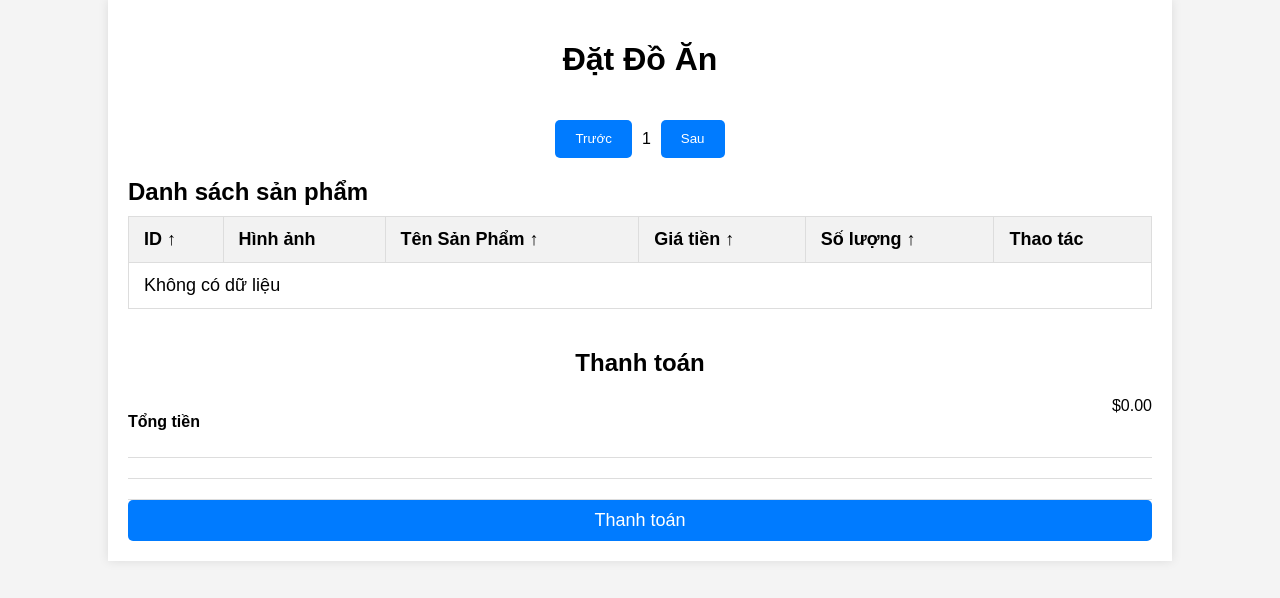
Repository: Tuananhdeptrai723/dientoandammay
Page: http://localhost/main/main.php
The author's editor kept a copy of each file at every save. The page is drawn from the files as they stood at one save, then again after the next save.
The browser window is 1280 px wide. The pictures show the whole page.
The page is run by PHP 8.4 with error messages shown; the project is at /var/www/html/. Queries for data that is not in the repository find no rows.

Above is the page before, as saved 2024-06-04 20:58:59.

### main/main.php
<?php
include './ConnectDb.php';
?>

<!DOCTYPE html>
<html lang="en">
<head>
  <meta charset="UTF-8">
  <meta name="viewport" content="width=device-width, initial-scale=1.0">
  <title>Đặt Đồ Ăn</title>
  <link rel="stylesheet" href="./main.css">
  <link rel="stylesheet" href="https://cdnjs.cloudflare.com/ajax/libs/font-awesome/6.4.2/css/all.min.css" />
  <script src="https://code.jquery.com/jquery-3.6.0.min.js"></script>
</head>
<body>
  <div class="container">
    <h1>Đặt Đồ Ăn</h1>
    <div class="menu">
      <div class="product-container">
        <?php foreach ($products as $product): ?>
          <div class="menu-item">
            <img src="../asset/image/food<?php echo $product['ID']; ?>.jpg">
            <h3><?php echo $product['nameProducts']; ?></h3>
            <p>Số lượng: <?php echo $product['Quantity']; ?></p>
            <span class="price">$<?php echo $product['Price']; ?></span>
            <button <?php echo "onclick='addToCartClicked(" . $product["ID"] . ")'" ?> class="add-to-cart">Thêm vào giỏ hàng</button>
          </div>
        <?php endforeach; ?>
      </div>
    </div>
    <div class="pagination">
      <button class="prev-page">Trước</button>
      <span style="margin: 10px" class="current-page">1</span>
      <button class="next-page">Sau</button>
    </div>
    <main class="main-dashboard">
      <main class="page">
        <div class="box-dashboard">
          <table class="table caption-top">
            <caption>Danh sách sản phẩm</caption>
            <thead>
              <tr>
                <th scope="col" onclick="sortTable(0, true, true)">ID &#x2191;</th>
                <th scope="col">Hình ảnh</th>
                <th scope="col" onclick="sortTable(2, false, true)">Tên Sản Phẩm &#x2191;</th>
                <th scope="col" onclick="sortTable(3, true, true)">Giá tiền &#x2191;</th>
                <th scope="col" onclick="sortTable(4, true, true)">Số lượng &#x2191;</th>
                <th scope="col">Thao tác</th>
              </tr>
            </thead>
            <tbody>
              <?php
              if ($result2->num_rows > 0) {
                  while ($row = $result2->fetch_assoc()) {
                      $imagePath = "../asset/image/Food" . $row["ID"] . ".jpg";
                      echo "<tr class='tr-hover'>";
                      echo "<th scope='row'>" . $row["ID"] . "</th>";
                      echo "<td><img style='object-fit: cover;' src='" . $imagePath . "' alt='product image' width='70' height='70'></td>";
                      echo "<td>" . $row["nameProducts"] . "</td>";
                      echo "<td>" . $row["Price"] . "$</td>";
                      echo "<td>" . $row["Quantity"] ."</td>";
                      echo "<td>
                              <button class='btnDelete' onclick='deleteProduct(" . $row["ID"] . ")'>Xóa</button>
                            </td>";
                      echo "</tr>";
                  }
              } else {
                  echo "<tr><td colspan='6'>Không có dữ liệu</td></tr>";
              }
              ?>
            </tbody>
          </table>
          <div class="pagination">
            <?php
            for ($i = 1; $i <= $total_pages; $i++) {
                echo "<a href='?page=$i' class='" . ($i == $page ? "active" : "") . "'>$i</a>";
            }
            ?>
          </div>
        </div>

        <div class="box-dashboard">
          <h1 class="caption-pay">Thanh toán</h1>
          <div class="box-dashboard-row">
            <p class="title-row">Tổng tiền</p>
            <?php echo "$" . number_format($totalPrice, 2); ?>
          </div>
          <div class="box-dashboard-row"></div>
          <div class="box-dashboard-row"></div>
          <button onclick='confirmPayment()' id="openModalBtn" class="payBtn">Thanh toán</button>
        </div>
      </main>
    </main>

        <!-- modal xóa 1 sản phẩm -->
        <div id="confirmModal" class="modal">
      <div class="modal-content">
        <p>Bạn có chắc chắn muốn xóa sản phẩm này không?</p>
        <div class="modal-buttons">
          <button id="confirmYes">Có</button>
          <button id="confirmNo">Không</button>
        </div>
      </div>
    </div>

  </div>
  <script src="./main.js"></script>
  <script>
  function addToCartClicked(productId) {
    $.ajax({
      url: "./ConnectDb.php",
      type: "POST",
      data: { productId: productId },
      success: function () {
        console.log("success");
        alert('Thêm vào giỏ hàng thành công');
      },
      error: function (xhr, status, error) {
        console.log("error");
        console.log("Product ID:", productId);
      },
    });
  }

  // xóa 1 sản phẩm
    function deleteProduct(productId) {
      var modal = document.getElementById("confirmModal");
      var btnYes = document.getElementById("confirmYes");
      var btnNo = document.getElementById("confirmNo");

      // Mở modal
      modal.style.display = "block";

      // Xử lý khi nhấn Có
      btnYes.onclick = function () {
        // Gửi yêu cầu xóa bằng AJAX
        var xhr = new XMLHttpRequest();
        xhr.open("POST", "./ConnectDb.php", true);
        xhr.setRequestHeader("Content-type", "application/x-www-form-urlencoded");
        xhr.onload = function () {
          if (xhr.status === 200) {
            // Tải lại trang
            window.location.reload();
          } else {
            alert("Có lỗi xảy ra khi xóa sản phẩm.");
          }
        };
        xhr.send("deleteProduct=true&productId=" + productId);

        // Đóng modal
        modal.style.display = "none";
      };

      // Xử lý khi nhấn Không
      btnNo.onclick = function () {
        // Đóng modal

        modal.style.display = "none";
      };
    }

    function confirmPayment() {
    if (confirm('Bạn có chắc chắn muốn thanh toán không?')) {
        // Gửi yêu cầu xóa tất cả dữ liệu bằng AJAX
        var xhr = new XMLHttpRequest();
        xhr.open('POST', '<?php echo $_SERVER["PHP_SELF"]; ?>', true);
        xhr.setRequestHeader('Content-type', 'application/x-www-form-urlencoded');
        xhr.onload = function() {
            if (xhr.status === 200) {
                // Hiển thị thông báo thanh toán thành công
                alert('Thanh toán thành công!');
                // Tải lại trang để cập nhật giao diện
                window.location.reload();
            } else {
                // Hiển thị thông báo lỗi
                alert('Có lỗi xảy ra khi thanh toán.');
            }
        };
        xhr.send('deleteAll=true');
    }
}
  </script>
</body>
</html>

### main/ConnectDb.php
<?php
session_start();
ob_start();

// Kết nối đến CSDL
include '../config.php';

// Kiểm tra kết nối
if ($conn->connect_error) {
    die("Connection failed: " . $conn->connect_error);
}

// Truy vấn dữ liệu từ cơ sở dữ liệu
$sql = "SELECT * FROM cart LIMIT 15";
$result = $conn->query($sql);

// Tạo mảng chứa dữ liệu sản phẩm
$products = array();

if ($result->num_rows > 0) {
    while($row = $result->fetch_assoc()) {
        $products[] = $row;
    }
}

// Thêm vào giỏ hàng
if ($_SERVER['REQUEST_METHOD'] == 'POST' && isset($_POST['productId'])) {
    $productId = $_POST['productId'];

    $sql = "SELECT nameProducts, Price FROM cart WHERE ID = '$productId'";
    $result = $conn->query($sql);

    if ($result->num_rows > 0) {
        $row = $result->fetch_assoc();
        $productName = $row['nameProducts'];
        $productPrice = $row['Price'];
        $quantity = 1; // Số lượng mặc định khi thêm vào giỏ hàng

        // Kiểm tra sản phẩm đã có trong giỏ hàng hay chưa
        $sql = "SELECT * FROM ordercart WHERE ID = '$productId'";
        $result = $conn->query($sql);

        if ($result->num_rows > 0) {
            // Nếu sản phẩm đã có trong giỏ hàng, cập nhật số lượng
            $sql = "UPDATE ordercart SET Quantity = Quantity + 1 WHERE ID = '$productId'";
        } else {
            // Nếu sản phẩm chưa có trong giỏ hàng, thêm mới
            $sql = "INSERT INTO ordercart (nameProducts, ID, Price, Quantity) VALUES ('$productName', '$productId', '$productPrice', '$quantity')";
        }

        if ($conn->query($sql) === TRUE) {

            echo "<script>window.location.reload();</script> Add to cart success!";
        } else {
            echo "Error: " . $sql . "<br>" . $conn->error;
        }
    } else {
        echo "Product not found!";
    }
}

// Xóa sản phẩm
if ($_SERVER['REQUEST_METHOD'] == 'POST' && isset($_POST['deleteProduct']) && $_POST['deleteProduct'] == true) {
    $id = $_POST['productId'];
    $sql3 = "DELETE FROM ordercart WHERE ID = '$id'";
    if ($conn->query($sql3) === TRUE) {
        http_response_code(200);
        echo "Delete success!";
    } else {
        http_response_code(500);
        echo "Error deleting record: " . $conn->error;
    }
}

// thanh toán
// Xử lý yêu cầu POST để xóa toàn bộ dữ liệu
if ($_SERVER['REQUEST_METHOD'] == 'POST' && isset($_POST['deleteAll']) && $_POST['deleteAll'] == true) {
    $sql = "DELETE FROM ordercart";
    if ($conn->query($sql) === TRUE) {
        // Nếu xóa thành công, trả về mã 200 (OK)
        http_response_code(200);
    } else {
        // Nếu có lỗi, trả về mã lỗi 500 (Internal Server Error)
        http_response_code(500);
    }
  }

// Truy vấn dữ liệu từ bảng ordercart cho phần quản lý sản phẩm
$items_per_page = 3;
$page = isset($_GET['page']) ? (int)$_GET['page'] : 1;
$offset = ($page - 1) * $items_per_page;

// Truy vấn tổng số sản phẩm
$total_sql = "SELECT COUNT(*) as total FROM ordercart";
$total_result = $conn->query($total_sql);
$total_row = $total_result->fetch_assoc();
$total_items = $total_row['total'];
$total_pages = ceil($total_items / $items_per_page);

// Truy vấn tổng tiền
$totalPriceQuery = "SELECT SUM(Price * Quantity) AS total FROM ordercart";
$totalPriceResult = $conn->query($totalPriceQuery);
$totalPriceRow = $totalPriceResult->fetch_assoc();
$totalPrice = $totalPriceRow['total'];

// Truy vấn dữ liệu từ bảng ordercart
$sql = "SELECT ID, nameProducts, Price, Quantity FROM ordercart LIMIT $offset, $items_per_page";
$result2 = $conn->query($sql);

$conn->close();
?>

### config.php
<?php
define('DB_SERVER', 'localhost');
define('DB_USERNAME', 'root');
define('DB_PASSWORD', '');
define('DB_NAME', 'clouddb');

$conn = mysqli_connect(DB_SERVER, DB_USERNAME, DB_PASSWORD, DB_NAME);

if($conn === false){
    die("ERROR: Could not connect. " . mysqli_connect_error());
}
?>

### main/main.css
body {
  font-family: Arial, sans-serif;
  margin: 0;
  padding: 0;
  background-color: #f4f4f4;
}

.container {
  width: 80%;
  margin: 0 auto;
  padding: 20px;
  background-color: #fff;
  box-shadow: 0 0 10px rgba(0, 0, 0, 0.1);
}

h1,
h2 {
  text-align: center;
}

.menu {
  display: flex;
  flex-wrap: wrap;
  justify-content: center;
}

.menu-item {
  width: 250px;
  margin: 20px;
  padding: 10px;
  border: 1px solid #ccc;
  text-align: center;
}

.menu-item img {
  width: 150px;
  height: 150px;
  object-fit: cover;
}

.menu-item h3 {
  margin-top: 10px;
}

.menu-item .price {
  font-weight: bold;
  color: green;
}

.menu-item button {
  margin-top: 10px;
  padding: 5px 10px;
  background-color: #4caf50;
  color: white;
  border: none;
  cursor: pointer;
}

.cart {
  margin-top: 40px;
  padding: 20px;
  border: 1px solid #ccc;
}

.cart-items {
  list-style-type: none;
  padding: 0;
}

.cart-items li {
  display: flex;
  justify-content: space-between;
  margin-bottom: 10px;
}

.total {
  font-weight: bold;
  margin-top: 20px;
}

.checkout {
  margin-top: 20px;
  padding: 10px 20px;
  background-color: #4caf50;
  color: white;
  border: none;
  cursor: pointer;
}

.product-container {
  display: flex;
  flex-wrap: wrap;
  margin-left: 70px;
}

.menu-item {
  width: 25%;
  padding: 10px;
  box-sizing: border-box;
}

.cart-notification {
  position: fixed;
  bottom: 20px;
  left: 50%;
  transform: translateX(-50%);
  background-color: #333;
  color: #fff;
  padding: 10px 20px;
  border-radius: 5px;
  opacity: 0;
  transition: opacity 0.3s ease-in-out;
}

.cart-notification.show {
  opacity: 1;
}

/* Thêm CSS cho bảng và phân trang */
/* Table styles */
.table {
  width: 100%;
  border-collapse: collapse;
  margin: 20px 0;
  font-size: 18px;
  text-align: left;
}

.table caption {
  font-size: 24px;
  font-weight: bold;
  margin-bottom: 10px;
  text-align: left;
}

.table th,
.table td {
  padding: 12px 15px;
  border: 1px solid #ddd;
}

.table th {
  background-color: #f2f2f2;
  cursor: pointer;
}

.table tr {
  transition: background-color 0.3s ease;
}

.table tr:hover {
  background-color: #f1f1f1;
}

.table .tr-hover {
  background-color: #f9f9f9;
}

.table .tr-hover:hover {
  background-color: #e0e0e0;
}

.table img {
  border-radius: 5px;
}

/* Pagination styles */
.pagination {
  display: flex;
  justify-content: center;
  margin: 20px 0;
}

.pagination a {
  color: #333;
  padding: 10px 15px;
  margin: 0 5px;
  border: 1px solid #ddd;
  border-radius: 5px;
  text-decoration: none;
  transition: background-color 0.3s ease;
}

.pagination a.active {
  background-color: #007bff;
  color: #fff;
  border-color: #007bff;
}

.pagination a:hover {
  background-color: #ddd;
}

/* Button styles */
button {
  padding: 10px 20px;
  color: #fff;
  background-color: #007bff;
  border: none;
  border-radius: 5px;
  cursor: pointer;
  transition: background-color 0.3s ease;
}

button:hover {
  background-color: #0056b3;
}

.btnDelete {
  background-color: #dc3545;
}

.btnDelete:hover {
  background-color: #c82333;
}

.payBtn {
  width: 100%;
  font-size: 18px;
}

.caption-pay {
  font-size: 24px;
  font-weight: bold;
  margin-bottom: 10px;
}

.box-dashboard-row {
  display: flex;
  justify-content: space-between;
  padding: 10px 0;
  border-bottom: 1px solid #ddd;
}

.title-row {
  font-weight: bold;
}

/* Modal container */
.modal {
  display: none;
  position: fixed;
  z-index: 1;
  left: 0;
  top: 0;
  width: 100%;
  height: 100%;
  overflow: auto;
  background-color: rgba(0, 0, 0, 0.4);
}

/* Modal content */
.modal-content {
  background-color: #fefefe;
  margin: 15% auto;
  padding: 20px;
  border: 1px solid #888;
  width: 80%;
  max-width: 500px;
  box-shadow: 0 5px 15px rgba(0, 0, 0, 0.3);
  border-radius: 5px;
}

/* Buttons */
.modal-buttons {
  display: flex;
  justify-content: flex-end;
  gap: 10px;
}

.modal-buttons button {
  padding: 10px 20px;
  border: none;
  border-radius: 5px;
  cursor: pointer;
}

#confirmBtn {
  background-color: #4caf50;
  color: white;
}

#cancelBtn {
  background-color: #f44336;
  color: white;
}

### main/main.js
const productsPerPage = 3;
let currentPage = 1;
const menuItems = document.querySelectorAll(".menu-item");
const totalPages = Math.ceil(menuItems.length / productsPerPage);

function showPage(page) {
  const startIndex = (page - 1) * productsPerPage;
  const endIndex = startIndex + productsPerPage;

  menuItems.forEach((item, index) => {
    if (index >= startIndex && index < endIndex) {
      item.style.display = "block";
    } else {
      item.style.display = "none";
    }
  });

  document.querySelector(".current-page").textContent = page;
}

document.querySelector(".prev-page").addEventListener("click", () => {
  if (currentPage > 1) {
    currentPage--;
    showPage(currentPage);
  }
});

document.querySelector(".next-page").addEventListener("click", () => {
  if (currentPage < totalPages) {
    currentPage++;
    showPage(currentPage);
  }
});

showPage(1);

After the next save:
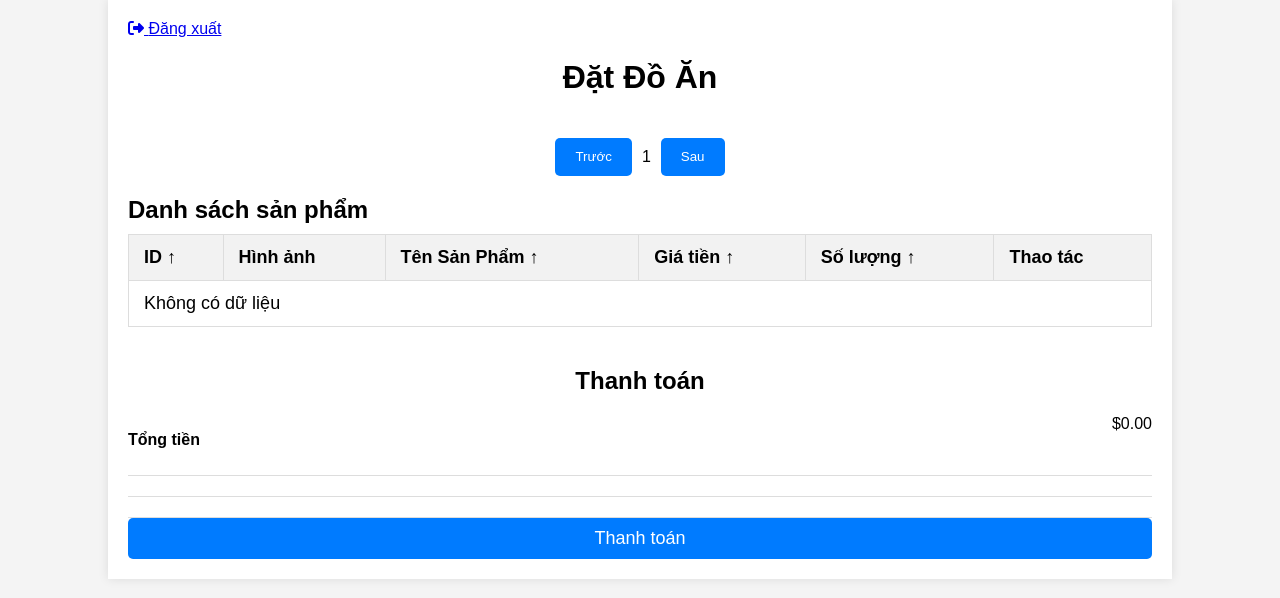
Saved 2 min 27 s later.
--- a/main/main.php
+++ b/main/main.php
@@ -14,6 +14,10 @@ include './ConnectDb.php';
 </head>
 <body>
   <div class="container">
+  <a href="../index.html" class="active">
+            <i class="fa-solid fa-right-from-bracket"></i>
+            <span>Đăng xuất</span>
+  </a>
     <h1>Đặt Đồ Ăn</h1>
     <div class="menu">
       <div class="product-container">
